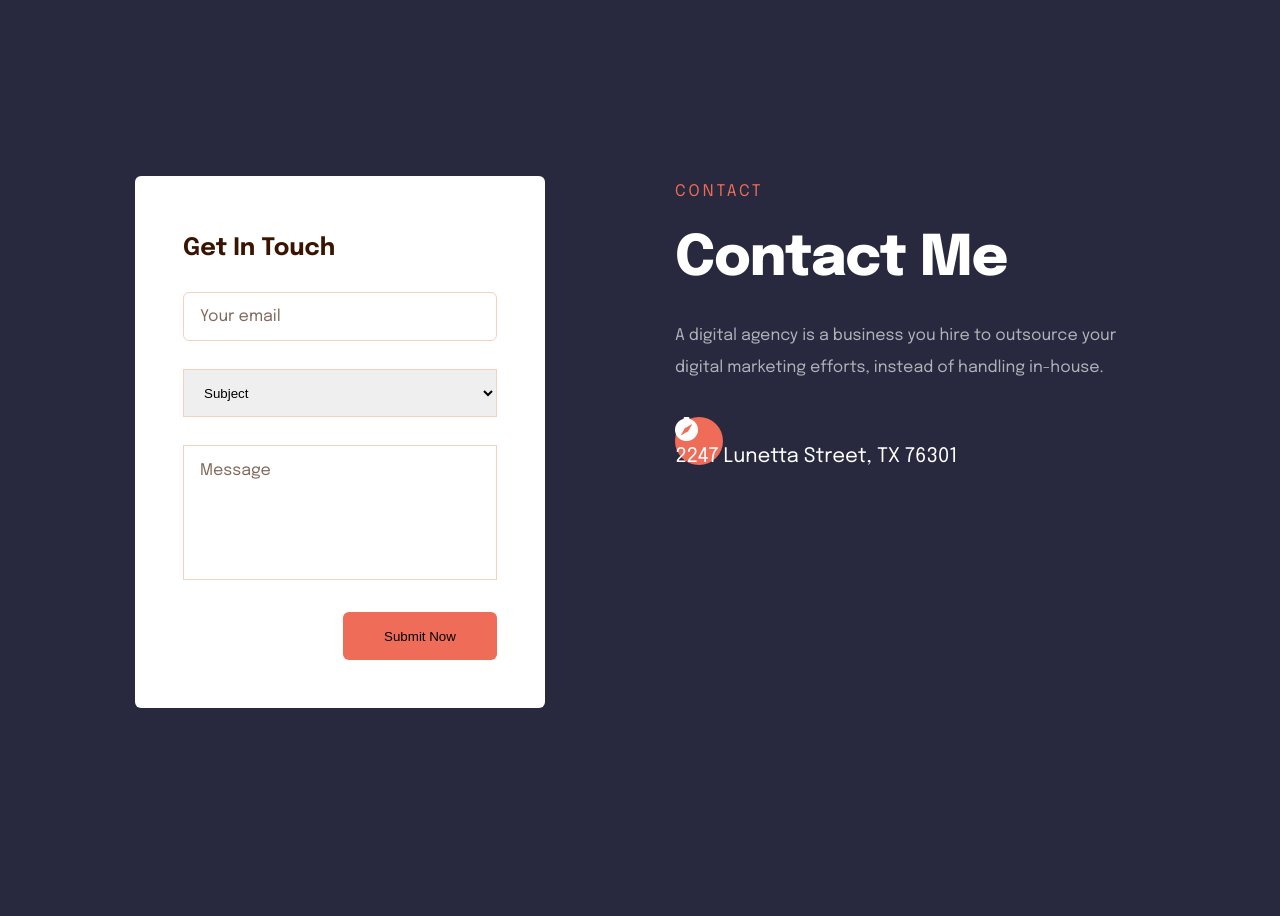
Repository: simralgasimov/contact-me
Page: index.html
The author's editor kept a copy of each file at every save. The page is drawn from the files as they stood at one save, then again after a run of saves.
The browser window is 1280 px wide. The pictures show the whole page.

Above is the page before, as saved 2023-10-04 13:34:49.

### index.html
<!DOCTYPE html>
<html lang="en">
  <head>
    <meta charset="UTF-8" />
    <meta name="viewport" content="width=device-width, initial-scale=1.0" />
    <title>Document</title>
    <link rel="stylesheet" href="./index.css" />
  </head>
  <body>
    <div class="container">
        <form action="">
          <p>Get In Touch</p>
          <label for="">
            <input type="email" placeholder="Your email" />
          </label>

          <label for="subject">
            <select name="" id="subject">
              <option value="subject">Subject</option>
              <option value="subject">Subject</option>
              <option value="subject">Subject</option>
            </select>
          </label>

          <label for="">
            <textarea name=""  placeholder="Message" id=""></textarea>
            <!-- <input type="textarea" name="" id="" /> -->
          </label>
          <button type="submit">Submit Now</button>
        </form>


      <div class="contact-me">
        <h1>Contact</h1>
        <h2>Contact Me</h2>
        <p>
          A digital agency is a business you hire to outsource your digital
          marketing efforts, instead of handling in-house.
        </p>
        <div class="cirycle">
          <img src="./img/Shape.png" alt="" />
          <p>2247 Lunetta Street, TX 76301</p>
        </div>
      </div>
    </div>
  </body>
</html>

### index.css
@import url("https://fonts.googleapis.com/css2?family=Epilogue:wght@400;700;800;900&display=swap");
* {
  margin: 0;
  padding: 0;
  box-sizing: border-box;
}

.container {
  padding: 176px 135px 208px 135px;
  background: #28293e;
  display: flex;
  /* justify-content: space-between; */
}

.container p {
  margin-bottom: 27px;
  color: var(--Text_Dark, #391400);
  font-feature-settings: "clig" off, "liga" off;

  font-family: Epilogue;
  font-size: 24px;
  font-style: normal;
  font-weight: 700;
  line-height: 32px;
}

.container form {
  width: 570px;
  margin-right: 130px;
  padding: 57px 48px 48px 48px;
  border-radius: 6px;
  background: #fff;
}

.container input {
  padding: 16px;
  border-radius: 6px;
  border: 1px solid #f3d1bf;
  background: #fff;
}
.container input::placeholder,
.container textarea::placeholder {
  color: var(--Text_Dark_Gray, rgba(57, 20, 0, 0.64));
  font-feature-settings: "clig" off, "liga" off;
  font-family: Epilogue;
  font-size: 16px;
  font-style: normal;
  font-weight: 400;
  line-height: 32px;
}

.container form label {
  display: block;
  margin-bottom: 28px;
}

.container input,
.container textarea,
.container select {
  width: 100%;
  border: 1px solid #f3d1bf;
}
.container input [type="email"] {
  height: 48px;
}

.container select {
  height: 48px;
  padding: 0 16px;
}

.container textarea {
  height: 135px;
  padding: 9px 16px;
  resize: none;
}

.container form button {
  width: 154px;
  height: 48px;
  border-radius: 6px;
  background: #ef6d58;
  border: none;
  float: right;
}

.container form button a {
  text-decoration: none;
  color: #fff;
  text-align: center;
  font-family: Epilogue;
  font-size: 14px;
  font-style: normal;
  font-weight: 900;
  line-height: normal;
  text-transform: uppercase;
}

.container .contact-me h1 {
  margin-bottom: 20px;
  width: 86px;
  color: var(--Text_Light_Accent, #ef6d58);
  font-feature-settings: "clig" off, "liga" off;
  font-family: Epilogue;
  font-size: 16px;
  font-style: normal;
  font-weight: 400;
  line-height: 32px;
  letter-spacing: 3px;
  text-transform: uppercase;
}

.container .contact-me h2 {
  margin-bottom: 28px;
  width: 334px;
  color: var(--Text_Light, #fff);
  font-feature-settings: "clig" off, "liga" off;
  font-family: Epilogue;
  font-size: 56px;
  font-style: normal;
  font-weight: 800;
  line-height: 64px;
  letter-spacing: -1px;
}

.container .contact-me p {
  margin-bottom: 33px;
  width: 470px;
  color: var(--Text_Light_Gray, rgba(255, 255, 255, 0.64));
  font-feature-settings: "clig" off, "liga" off;

  font-family: Epilogue;
  font-size: 16px;
  font-style: normal;
  font-weight: 400;
  line-height: 32px;
}

.container .contact-me .cirycle {
  /* position: relative; */
  width: 48px;
  height: 48px;
  background-color: #ef6d58;
  border-radius: 50%;
}

.container .contact-me .cirycle img {
  /* position: absolute; */
  /* margin: 13px; */

  display: flex;
  justify-content: center;
  align-content: center;
}

.container .contact-me .cirycle p {
  display: flex;
  justify-content: center;
  align-items: center;
  align-content: center;
  /* margin-left: 90px; */
  width: 283px;
  color: var(--Text_Light, #fff);
  font-feature-settings: "clig" off, "liga" off;

  font-family: Epilogue;
  font-size: 20px;
  font-style: normal;
  font-weight: 400;
  line-height: 32px;
}

After the next 2 saves:
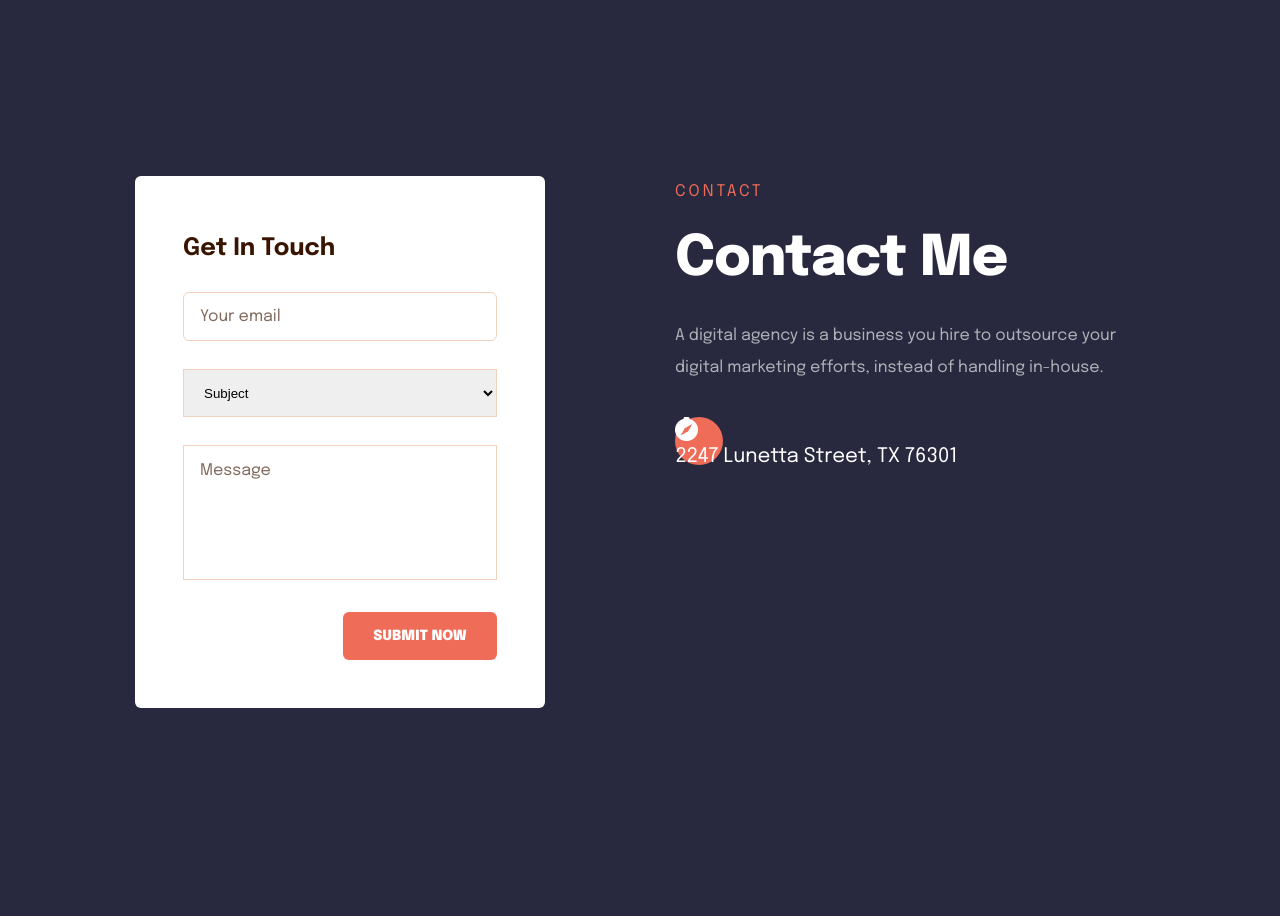
The 2 saves are shown as one change because they came seconds apart.
The last was saved 17 s later.
--- a/index.css
+++ b/index.css
@@ -82,9 +82,7 @@
   background: #ef6d58;
   border: none;
   float: right;
-}
 
-.container form button a {
   text-decoration: none;
   color: #fff;
   text-align: center;
@@ -94,6 +92,10 @@
   font-weight: 900;
   line-height: normal;
   text-transform: uppercase;
+}
+
+.container form button a {
+
 }
 
 .container .contact-me h1 {
